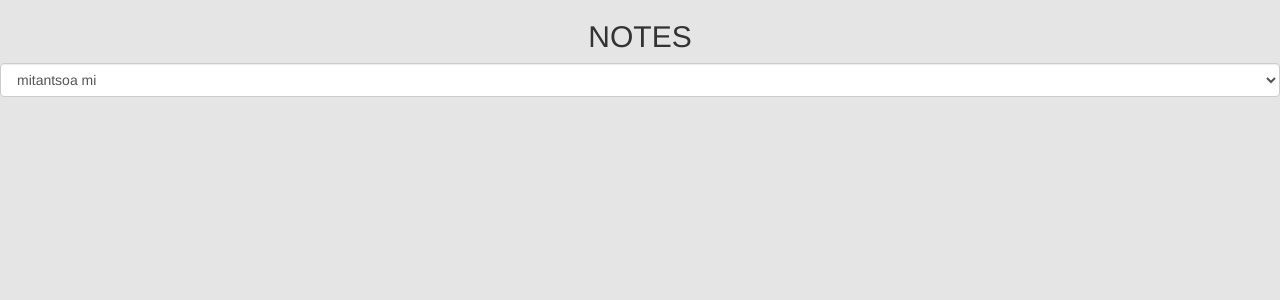
Repository: mitantsoa1/CRUD-note
Page: http://localhost/note
An editor plug-in stored every save of this project. The page is shown before and after the next save, followed by the edit.
The browser window is 1280 px wide. The pictures show the whole page.
The page is run by PHP 8.4 with error messages shown; the project is at /var/www/html/. The database holds what the project's SQL file puts in it.

Above is the page before, as saved 2021-02-11 17:51:49.
Console error: SyntaxError: Unexpected token '<'

### index.php
<?php

require_once ("Controls/Controllers.class.php");
// require_once ("Models/Database.class.php");
// Database::init("localhost","stage","root","");

if(isset($_GET['action'])){
    if(method_exists("Controllers",$_GET['action'])){
        $reflect = new ReflectionMethod("Controllers",$_GET['action']);
        $class = "Controllers";
        $reflect -> invoke(new $class);
    }else{
        Controllers::loadView("erreur.php");
    }
}else{
    Controllers::loadView("indexView.php");
}

?>

### Controls/Controllers.class.php
<?php
	class Controllers{

		public static function loadView($page){
			$page = htmlspecialchars(trim($page)) ;
			include("Views/".$page) ;
		}
		public function index(){
			Controllers::loadView("indexView");
		}
		// pour inclure les portions de page
		public static function includeTemplate($template)
		{
			$template = htmlspecialchars(trim($template));
			include "Views/template_parts/" . $template;
		}
		// inclure du JavaScript
		public static function includeJS($fields)
		{
			$script = "";
			for ($i = 0; $i < count($fields) - 1; $i++) {
				$code = htmlspecialchars(trim($fields[$i]));
				$script .= '<script src="Publics/js/' . $code . '.js"></script>' . "\n\t";
			}
			if ($i == count($fields) - 1) {
				$code = htmlspecialchars(trim($fields[count($fields) - 1]));
				$script .= '<script src="Publics/js/' . $code . '.js"></script>' . "\n";
			}
			echo $script;
		}
		// inclure du CSS
		public static function includeCSS($fields)
		{
			$css = "";
			for ($i = 0; $i < count($fields) - 1; $i++) {
				$code = htmlspecialchars(trim($fields[$i]));
				$css .= '<link rel="stylesheet" href="Publics/css/' . $code . '.css">' . "\n\t";
			}
			if ($i == count($fields) - 1) {
				$code = htmlspecialchars(trim($fields[count($fields) - 1]));
				$css .= '<link rel="stylesheet" href="Publics/css/' . $code . '.css">' . "\n";
			}
			echo $css;
		}

		public function note(){
			Controllers::loadView("note.php");
		}
	}

 ?>

### Views/note.php
<!DOCTYPE html>
<html lang="en">
<head>
    <meta charset="UTF-8">
    <meta http-equiv="X-UA-Compatible" content="IE=edge">
    <meta name="viewport" content="width=device-width, initial-scale=1.0">
    <title>note</title>
    <?php
Controllers::includeCSS(["all","bootstrap.min","sweetalert2.min","style"]);
?>
</head>
<body>
    <h2 class="text-center">NOTES</h2>

    <?php
    include('Models/Database.class.php');
        $db = new Database();
        $tab = $db->select("etudiant")
                    ->execute(null);
        echo "<div class='form-group'> <select id='select_etudiant_note' class='form-control'>";

            for($i=0;$i<count($tab);$i++){
                echo"
                    <option value='".$tab[$i]->id."'>".$tab[$i]->nom." ".$tab[$i]->prenom."</option>
                ";
            }

         echo "</select></div>";


    ?>

<?php
Controllers::includeJS(["jquery","bootstrap.min","all","sweetalert2.min","main","function"]);
?>
</body>
</html>

### Models/Database.class.php
<?php
class Database{
	private $query,$nombreParam, $lastTable;
	private static $conn,$host,$base,$user,$pass,$port ;
		// bd = new PDO("mysql:host=localhost;dbname=nom","user","pass")
		// initialisation
	public static function init($hote,$base,$port,$user,$pass) {
		self::$host=htmlspecialchars(trim($hote)) ;
		self::$base=htmlspecialchars(trim($base)) ;
		self::$user=htmlspecialchars(trim($user)) ;
		self::$pass=htmlspecialchars(trim($pass)) ;

	}
	public static function db() {
		$options = array(PDO::MYSQL_ATTR_INIT_COMMAND => 'SET NAMES utf8',
);


		$url ="mysql:host=".self::$host.";port=".self::$port.";dbname=".self::$base;
		if(!isset(self::$conn)) {
			self::$conn = new PDO($url,self::$user,self::$pass,$options);
		}
		return self::$conn ;

	}
		// execution du requete
	public function execute($value=null) {

			// tester s'il y des trous dans les requetes
			// si c'est une requete de selection
		if (strpos($this->query,"SELECT")>-1) {

			if (strpos($this->query,"?")>-1 ){
				$req = self::db()->prepare($this->query) ;
				$req->execute($value) ;
			}
			else {
				$req = self::db()->query($this->query) ;
			}


			return $req->fetchAll(PDO::FETCH_OBJ);
		}
		else {
			if (strpos($this->query,"?")>-1 ){
				$req = self::db()->prepare($this->query) ;
				$req->execute($value) ;

			}
			else {
				self::db()->query($this->query) ;
			}


			return 0 ;
		}



	}
	public function getQuery() {
		return $this->query ;
	}
	public function select($table){
		$table=htmlspecialchars(trim($table)) ;
		$this->query = "SELECT * FROM ".$table ;
		$this->lastTable =$table ;
		return $this ;
	}
	public function where($id,$operateur){
		$this->query .= " WHERE ".$id."".$operateur."?";

		return $this ;
	}
	public function et($id,$operateur) {
		$this->query .= " AND ".$id."".$operateur."?";

		return $this ;
	}
	public function ou($id,$operateur) {
		$this->query .= " OR ".$id."".$operateur."?";

		return $this ;
	}
		// insertion
	public function insert($table) {
		$this->query="INSERT INTO ".$table ;
		return $this ;
	}
	// mise à jours
	public function update($table) {
		$this->query="UPDATE ".$table ;
		return $this ;
	}
	public function parametters($fields) {
		if (strpos($this->query,"INSERT")>-1){
			// insertion
			$listeFields="(" ;
			$valeur="VALUES (" ;
			for ($i=0; $i <count($fields) ; $i++) {
				$listeFields.=$fields[$i]."," ;
				$valeur.="?," ;
			}

			$listeFields=trim($listeFields,",").")" ;

			$valeur=trim($valeur,",").")" ;
			$this->query.=" ".$listeFields ;
			$this->query.=" ".$valeur ;
		}
		else if (strpos($this->query,"UPDATE")>-1){
			$listeFields="SET " ;
			for ($i=0; $i <count($fields); $i++) {
				$listeFields.=$fields[$i]."=?," ;
			}
			$listeFields=trim($listeFields,",") ;
			$this->query.=" ".$listeFields ;
		}

		return $this ;
	}

		// suppréssion
	public function delete($table) {
		$table=htmlspecialchars(trim($table)) ;
		$this->query=" DELETE FROM ".$table;
		return $this ;
	}
	public function order($param) {
		$this->query.=" ORDER BY " ;
		$listeOrder="" ;
		foreach ($param as $key => $value) {
			$listeOrder.=$key. " ".$value."," ;
		}
		$listeOrder=trim($listeOrder,",") ;
		$this->query.=$listeOrder ;
		return $this ;
	}
	public function inner($table2,$id1) {
		$table2=htmlspecialchars(trim($table2)) ;
		$id1= htmlspecialchars(trim($id1)) ;

		$this->query.=" INNER JOIN ".$table2." ON ".$this->lastTable.".".$id1."=".$table2.".".$id1 ;
		$this->lastTable=$table2;
		return $this;
	}
	// inner join id différent
	public function innerD($table2,$id1,$id2) {
		$table2=htmlspecialchars(trim($table2)) ;
		$id1= htmlspecialchars(trim($id1)) ;

		$this->query.=" INNER JOIN ".$table2." ON ".$this->lastTable.".".$id1."=".$table2.".".$id2 ;
		$this->lastTable=$table2;
		return $this;
	}
	public function sum($table,$fields) {
		$fields = htmlspecialchars(trim($fields)) ;
		$table = htmlspecialchars(trim($table)) ;
		$this->query="SELECT SUM(".$fields.") AS somme FROM ".$table ;
		return $this ;
	}
	// selection avec paramètre
	public function selectParam($table,$listeFields) {
		$reqBase ="SELECT " ;
		for ($i=0; $i <count($listeFields) ; $i++) {
			$reqBase.=$listeFields[$i]."," ;
		}
		$this->query = trim($reqBase,",")." FROM ".$table;
		return $this ;


	}
	public function customSelect($requete) {
		$req = self::db()->query($requete) ;

		return $req->fetchAll(PDO::FETCH_OBJ);
	}

}
	Database::init("localhost","scolarite","3306","root","");

?>

### Views/erreur.php
<!DOCTYPE html>
<html lang="fr">
<head>
    <meta charset="UTF-8">
    <meta name="viewport" content="width=device-width, initial-scale=1.0">
    <title>Page invalide</title>
</head>
<body>
    <h1>ERROR 404</h1>

        <p>Cette page n'est pas disponible</p>
</body>
</html>

### Controls/ajax.php
<?php
    include("../Models/Database.class.php");
    header('Content-type: application/json');
    $db = new Database();

    if(isset($_POST['data'])){
        $tab = $db->select("etudiant")
                ->execute();
        echo json_encode($tab);
    }

    if(isset($_POST['nom'])){
        $nom = htmlspecialchars(trim($_POST['nom']));
        $prenom = htmlspecialchars(trim($_POST['prenom']));
        $dtn = htmlspecialchars(trim($_POST['date_naissance']));
        $sexe = $_POST['sexe'];

        $db->insert("etudiant")
            ->parametters(["nom","prenom","date_de_naissance","sexe"])
            ->execute([$nom,$prenom,$dtn,$sexe]);
        echo json_encode("ok");
    }

    if(isset($_POST['id_effacer'])){
        $db->delete("etudiant")
            ->where("id","=")
            ->execute([$_POST['id_effacer']]);
        echo json_encode("effacer");
    }

    if(isset($_POST['id_modifier'])){
        $tab=$db->select("etudiant")
            ->where("id","=")
            ->execute([$_POST['id_modifier']]);
        echo json_encode($tab);
    }
    if(isset($_POST['nom_modif'])){
        $nom = htmlspecialchars(trim($_POST['nom_modif']));
        $prenom = htmlspecialchars(trim($_POST['prenom']));
        $dtn = htmlspecialchars(trim($_POST['date_naissance']));
        $sexe = $_POST['sexe'];

        $db->update("etudiant")
            ->parametters(["nom","prenom","date_de_naissance","sexe"])
            ->execute([$nom,$prenom,$dtn,$sexe]);
        echo json_encode("ok");
    }


?>

### Publics/css/style.css
body {
    margin: 0;
    padding: 0;
    background: rgba(0, 0, 0, .1);
}

.content {
    width: 50vw;
    min-width: 300px;
    background: white;
    padding: 10px 20px 0 !important;
    margin: 10px auto;
    border: white 1px solid !important;
    border-radius: 10px !important;
}

.content .titre {
    padding: 0;
    margin: 0;
}

.boutton {
    display: block;
    margin: 0 auto;
    width: 100px;
}

#btn_modification {
    margin-left: 30%;
}

.table_etudiant {
    position: relative;
    height: auto;
    max-height: 150px;
    overflow: auto;
}

.table_etudiant thead {
    position: sticky;
    top: 0;
    background: black;
    color: white;
}

### Publics/js/main.js
$(document).ready(function() {
    function selectionAll() {
        $.ajax({
            url: "Controls/ajax.php",
            type: "POST",
            data: "data=data",
            datatype: "json",
            success: function(data) {
                if (data.length > 0) {
                    var table_affichage = "<div class='table_etudiant'> <table class='table table-striped  m-t-10' style='position: relative !important;'><thead style='position: sticky !important;z-index: 1000;'><th>Nom</th><th>Prenom</th><th>Date de naissance</th><th>Sexe</th><th>Actions</th></thead><tbody>";
                    for (var i = 0; i < data.length; i++) {
                        table_affichage = table_affichage + "<tr><td>" + data[i].nom + "</td><td>" + data[i].prenom + "</td><td>" + data[i].date_de_naissance + "</td><td>" + data[i].sexe + "</td><td><a href='#' class=' glyph'  data-toggle='tooltip' data-placement='bottom' title='effacer' onclick='effacer(" + data[i].id + ")'> <i class='fa fa-trash'></i></a><a href='#' class='glyph' data-toggle='tooltip'  data-placement='bottom' title='modifier' onclick='modifier(" + data[i].id + ")'> <i class='fa fa-edit'></i></a>";
                    }
                    table_affichage = table_affichage + "</td></tr></tbody></table></div>";

                    $('.affichage_etudiant').html(table_affichage);
                } else {
                    $('.affichage_etudiant').html("<h3>Il n'y a pas d'etudiant</h3>");
                }

            }
        })
    }
    selectionAll();

    $('#btn_enregistrer').on('click', function() {
        var $nom = $('#nom').val();
        var $prenom = $('#prenom').val();
        var $dtn = $('#dtn').val();
        var $sexe = $('#sexe').val();

        var data = "nom=" + $nom + "&prenom=" + $prenom + "&date_naissance=" + $dtn + "&sexe=" + $sexe;
        $.ajax({
            url: "Controls/ajax.php",
            type: "POST",
            data: data,
            datatype: "json",
            success: function(data) {
                if (data == "ok") {
                    Swal.fire({
                        position: "center",
                        icon: "success",
                        title: "succes!"
                    });
                    selectionAll();
                    $('#nom').val("");
                    $('#prenom').val("");
                    $('#dtn').val("");
                    $('#sexe').val("");
                }

            }
        })
    })


});

### Publics/js/function.js
function selectionAll() {
    $.ajax({
        url: "Controls/ajax.php",
        type: "POST",
        data: "data=data",
        datatype: "json",
        success: function(data) {
            if (data.length > 0) {
                var table_affichage = "<div class='table_etudiant'> <table class='table table-striped  m-t-10' style='position: relative !important;'><thead style='position: sticky !important;z-index: 1000;'><th>Nom</th><th>Prenom</th><th>Date de naissance</th><th>Sexe</th><th>Actions</th></thead><tbody>";
                for (var i = 0; i < data.length; i++) {
                    table_affichage = table_affichage + "<tr><td>" + data[i].nom + "</td><td>" + data[i].prenom + "</td><td>" + data[i].date_de_naissance + "</td><td>" + data[i].sexe + "</td><td><a href='#' class=' glyph'  data-toggle='tooltip' data-placement='bottom' title='effacer' onclick='effacer(" + data[i].id + ")'> <i class='fa fa-trash'></i></a><a href='#' class='glyph' data-toggle='tooltip'  data-placement='bottom' title='modifier' onclick='modifier(" + data[i].id + ")'> <i class='fa fa-edit'></i></a>";
                }
                table_affichage = table_affichage + "</td></tr></tbody></table></div>";

                $('.affichage_etudiant').html(table_affichage);
            } else {
                $('.affichage_etudiant').html("Il n'y a pas d'etudiant");
            }

        }
    })
}

function effacer(id) {
    $.ajax({
        url: "Controls/ajax.php",
        type: "POST",
        data: "id_effacer=" + id,
        datatype: "json",
        success: function(data) {
            if (data == "effacer") {
                Swal.fire({
                    position: "center",
                    icon: "success",
                    title: "Effacé!"
                });
                selectionAll();
            }

        }
    })
}

function modifier(id) {
    $.ajax({
        url: "Controls/ajax.php",
        type: "POST",
        data: "id_modifier=" + id,
        datatype: "json",
        success: function(data) {
            if (data != "") {
                $('#id').val(data[0].id);
                $('#nom').val(data[0].nom);
                $('#prenom').val(data[0].prenom);
                $('#dtn').val(data[0].date_de_naissance);
                $('#sexe').val(data[0].sexe);

                $('#btn_enregistrer').addClass('hide');
                $('#btn_modification').removeClass('hide');
                $('#btn_annuler').removeClass('hide');
            }

        }
    })
}
$('#btn_modification').on('click', function() {
    var $nom = $('#nom').val();
    var $prenom = $('#prenom').val();
    var $dtn = $('#dtn').val();
    var $sexe = $('#sexe').val();

    var data = "nom_modif=" + $nom + "&prenom=" + $prenom + "&date_naissance=" + $dtn + "&sexe=" + $sexe;
    $.ajax({
        url: "Controls/ajax.php",
        type: "POST",
        data: data,
        datatype: "json",
        success: function(data) {
            if (data == "ok") {
                Swal.fire({
                    position: "center",
                    icon: "success",
                    title: "Modifié!"
                });
                selectionAll();
                $('#nom').val("");
                $('#prenom').val("");
                $('#dtn').val("");
                $('#sexe').val("");

                $('#btn_enregistrer').removeClass('hide');
                $('#btn_modification').addClass('hide');
                $('#btn_annuler').addClass('hide');
            }

        }
    })
})

### scolarite.sql (the tables this page reads)
CREATE TABLE IF NOT EXISTS `etudiant` (
  `id` int(11) NOT NULL AUTO_INCREMENT,
  `nom` varchar(255) NOT NULL,
  `prenom` varchar(255) NOT NULL,
  `date_de_naissance` date NOT NULL,
  `sexe` varchar(30) NOT NULL,
  PRIMARY KEY (`id`)
) ENGINE=MyISAM AUTO_INCREMENT=9 DEFAULT CHARSET=utf8;

INSERT INTO `etudiant` (`id`, `nom`, `prenom`, `date_de_naissance`, `sexe`) VALUES
(5, 'mitantsoa', 'mi', '2021-01-26', 'femme'),
(8, 'rabe', 'be', '2021-01-25', 'femme');

Loaded but not shown: Publics/css/all.css (library); Publics/css/bootstrap.min.css (library); Publics/css/sweetalert2.min.css (library); Publics/js/jquery.js (library); Publics/js/bootstrap.min.js (library)

After the next save:
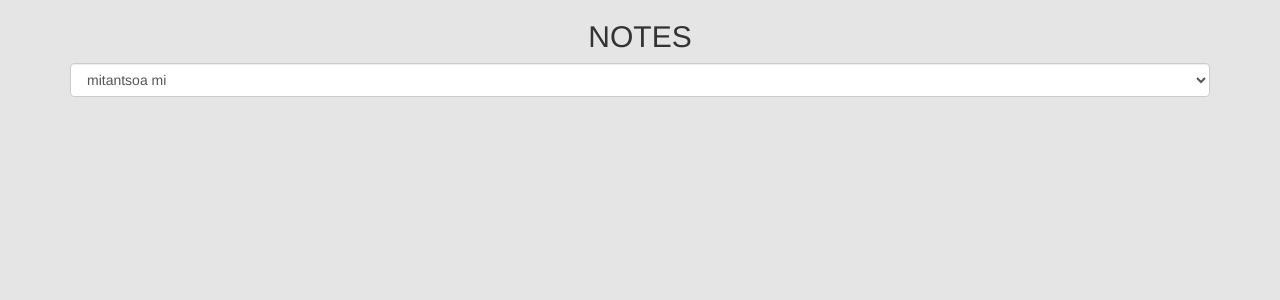
Saved 3 min 56 s later.
--- a/Views/note.php
+++ b/Views/note.php
@@ -10,25 +10,28 @@ Controllers::includeCSS(["all","bootstrap.min","sweetalert2.min","style"]);
 ?>
 </head>
 <body>
-    <h2 class="text-center">NOTES</h2>
+    <div class="container content-note">
+        <h2 class="text-center">NOTES</h2>
 
-    <?php
-    include('Models/Database.class.php');
-        $db = new Database();
-        $tab = $db->select("etudiant")
-                    ->execute(null);
-        echo "<div class='form-group'> <select id='select_etudiant_note' class='form-control'>";
+        <?php
+        include('Models/Database.class.php');
+            $db = new Database();
+            $tab = $db->select("etudiant")
+                        ->execute(null);
+            echo "<div class='form-group'> <select id='select_etudiant_note' class='form-control'>";
 
-            for($i=0;$i<count($tab);$i++){
-                echo"
-                    <option value='".$tab[$i]->id."'>".$tab[$i]->nom." ".$tab[$i]->prenom."</option>
-                ";
-            }
+                for($i=0;$i<count($tab);$i++){
+                    echo"
+                        <option value='".$tab[$i]->id."'>".$tab[$i]->nom." ".$tab[$i]->prenom."</option>
+                    ";
+                }
 
-         echo "</select></div>";
+            echo "</select></div>";
 
 
-    ?>
+        ?>
+    </div>
+
 
 <?php
 Controllers::includeJS(["jquery","bootstrap.min","all","sweetalert2.min","main","function"]);
